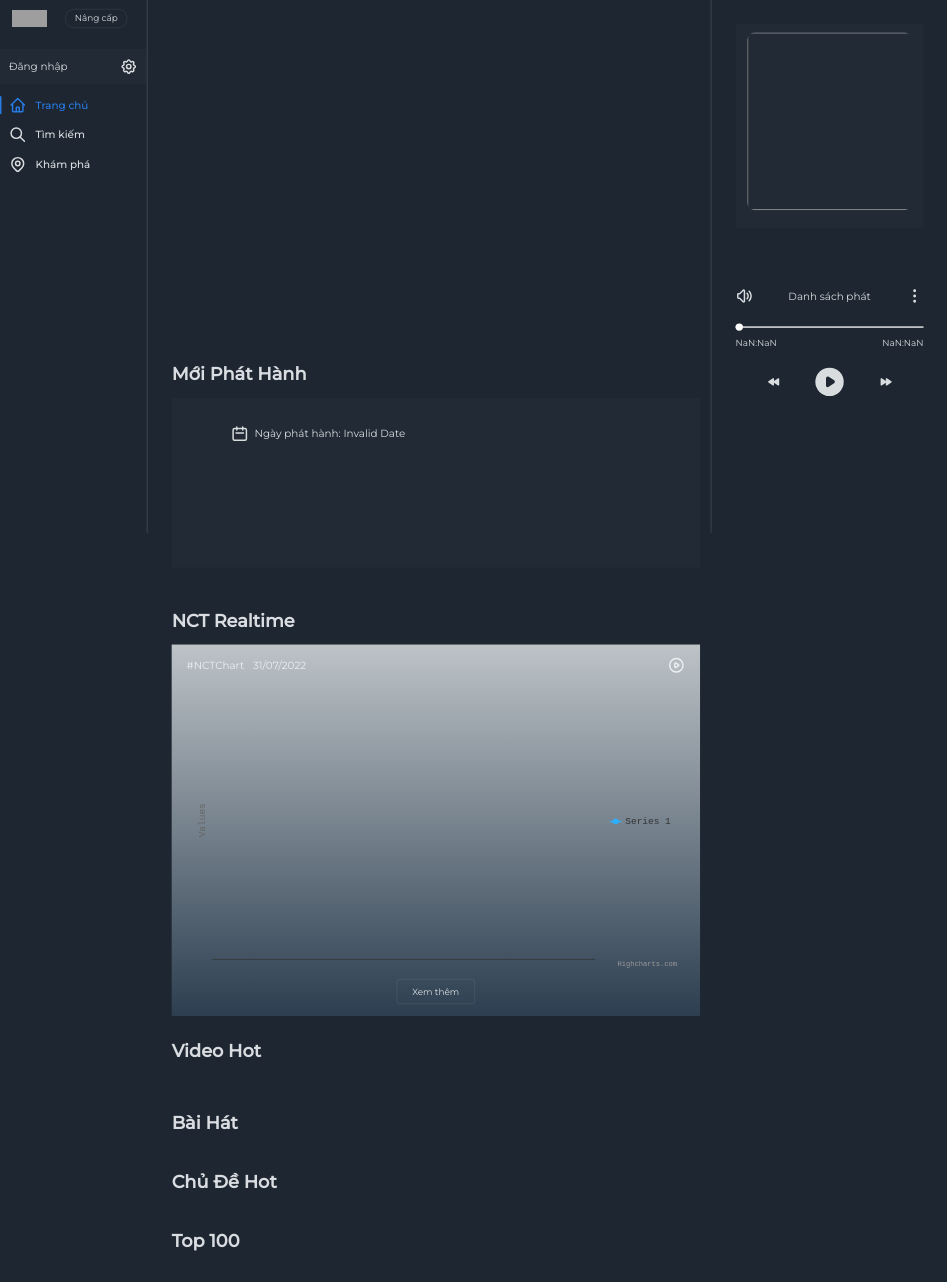
Repository: hoang0508/React-TypeScript-MP3
Page: /
These files come from the project's save history. The page is drawn as it stood at one moment and after the next save; the edit follows.
The browser window is 1280 px wide. The pictures show the whole page, at 74% of full size.
Pictures or frames that could not be fetched are drawn as grey boxes. The project was rebuilt for these pictures with package versions that can differ from the ones it lists, and the page was loaded fresh each time. Also part of the build but not shown: src/components/icon/IconDownLoad.tsx, src/components/icon/IconPauseMusic.tsx.

Above is the page before, as saved 2022-08-08 10:22:31.

### src/index.tsx
import React from "react";
import ReactDOM from "react-dom/client";
import "./index.scss";
import App from "./App";
import reportWebVitals from "./reportWebVitals";
import { BrowserRouter } from "react-router-dom";
import { Provider } from "react-redux";
import store from "./redux/configureStore";
import { MusicProvider } from "./contexts/ContextProviderMusic";

const root = ReactDOM.createRoot(
  document.getElementById("root") as HTMLElement
);
root.render(
  <Provider store={store}>
    <MusicProvider>
      <BrowserRouter>
        <App />
      </BrowserRouter>
    </MusicProvider>
  </Provider>
);

// If you want to start measuring performance in your app, pass a function
// to log results (for example: reportWebVitals(console.log))
// or send to an analytics endpoint. Learn more: https://bit.ly/CRA-vitals
reportWebVitals();

### src/App.tsx
import React, { lazy, Suspense, useEffect } from "react";
import { Route, Routes } from "react-router-dom";
import { MusicProvider } from "./contexts/ContextProviderMusic";
const HomePage = lazy(() => import("./pages/HomePage"));
const {
  getHome,
  getSong,
  getPlaylists,
  getChart,
  //... and many other services
} = require("nhaccuatui-api-full");
function App() {
  // useEffect(() => {
  //   (async () => {
  //     const data = await getSong("PM1IEjewjgSn");
  //     console.log("🚀 ~ file: App.tsx ~ line 15 ~ data", data);
  //   })();
  // }, []);
  return (
    <Suspense fallback={<></>}>
      <Routes>
        <Route path="/" element={<HomePage />}></Route>
      </Routes>
    </Suspense>
  );
}

export default App;

### src/redux/configureStore.tsx
import { configureStore, combineReducers } from "@reduxjs/toolkit";
import MusicSlice from "./MusicSlice";

const reducer = combineReducers({
  music: MusicSlice,
});

const store = configureStore({
  reducer: reducer,
  middleware: (getDefaultMiddleware) =>
    getDefaultMiddleware({
      serializableCheck: false,
    }).concat(),
});

export default store;

### src/components/common/Gap.tsx
import * as React from "react";

export interface GapProps {}

export default function Gap(props: GapProps) {
  return <div className="mb-8"></div>;
}

### src/components/common/Headingline.tsx
import * as React from "react";

interface HeadingLineProps {
  children: any;
}

export default function HeadingLine({ children }: HeadingLineProps) {
  return (
    <h3 className="text-text1 text-2xl font-bold mb-4 capitalize">
      {children}
    </h3>
  );
}

### src/layout/LayoutMusicPage.tsx
import * as React from "react";
import PlayMusic from "../modules/Menu/PlayMusic/Playmusic";
import { Sidebar } from "../modules/Menu/Sidebar/Sidebar";

interface ILayoutMusicPageprops {
  children: any;
}

export function LayoutMusicPage({ children }: ILayoutMusicPageprops) {
  return (
    <>
      <Sidebar></Sidebar>
      <div className="pl-[200px]">
        <div className="flex">
          <div className="w-[72%] py-6 px-8">{children}</div>
          <div className="w-[320px] fixed top-0 right-0 bottom-0 border-l-2 border-borderColor px-8 py-8">
            <PlayMusic></PlayMusic>
          </div>
        </div>
      </div>
    </>
  );
}

### src/modules/home/HomeMusicSong.tsx
import * as React from "react";
import { useSelector } from "react-redux";
import MusicSong from "../music/MusicSong";

interface HomeMusicSongProps {}

export default function HomeMusicSong(props: HomeMusicSongProps) {
  const data = useSelector((state: any) => state.music.dataMusic);
  const { song } = data;
  return (
    <div className="">
      <MusicSong dataSong={song}></MusicSong>
    </div>
  );
}

### src/modules/home/HomeMusicTop.tsx
import * as React from "react";
import { useSelector } from "react-redux";
import { v4 } from "uuid";
import { MusicItemType } from "../music";
import MusciItem from "../music/MusicItem";

export interface HomeMusicTopProps {}

export default function HomeMusicTop(props: HomeMusicTopProps) {
  const data = useSelector((state: any) => state.music.dataMusic);
  const dataTop = data?.top100;
  return (
    <div className="grid grid-cols-4 gap-x-[18px]">
      {dataTop &&
        dataTop.length > 0 &&
        dataTop
          .slice(0, 4)
          .map((item: MusicItemType) => (
            <MusciItem key={v4()} data={item}></MusciItem>
          ))}
    </div>
  );
}

### src/modules/home/HomeMusicTopic.tsx
import * as React from "react";
import { useSelector } from "react-redux";
import { v4 } from "uuid";
import { MusicItemType } from "../music";
import MusciItem from "../music/MusicItem";
import MusicTopic from "../music/MusicTopic";

export interface HomeMusicTopicProps {}

export default function HomeMusicTopic(props: HomeMusicTopicProps) {
  const data = useSelector((state: any) => state.music.dataMusic);
  const dataTopic = data?.topic;
  return (
    <MusicTopic>
      {dataTopic &&
        dataTopic.length > 0 &&
        dataTopic
          .slice(0, 4)
          .map((item: MusicItemType) => (
            <MusciItem key={v4()} playNot data={item}></MusciItem>
          ))}
    </MusicTopic>
  );
}

### src/modules/home/HomeMusicVideo.tsx
import * as React from "react";
import MusicVideo from "../music/MusicVideo";

export interface HomeMusicVideoProps {}

export default function HomeMusicVideo(props: HomeMusicVideoProps) {
  return (
    <div>
      <MusicVideo></MusicVideo>
    </div>
  );
}

### src/modules/music/parts/MusicTitle.tsx
import * as React from "react";

interface MusicTitleProps {
  children: any;
  className?: string;
}

export default function MusicTitle({ children, className }: MusicTitleProps) {
  return (
    <h3
      className={`font-medium text-sm
      text-text1 music-title ${className}`}
    >
      {children}
    </h3>
  );
}

### src/components/icon/IconClendar.tsx
import * as React from "react";

export interface IconClendarProps {}

export default function IconClendar(props: IconClendarProps) {
  return (
    <svg
      xmlns="http://www.w3.org/2000/svg"
      className="h-6 w-6"
      fill="none"
      viewBox="0 0 24 24"
      stroke="currentColor"
    >
      <path
        strokeLinecap="round"
        strokeLinejoin="round"
        strokeWidth={2}
        d="M8 7V3m8 4V3m-9 8h10M5 21h14a2 2 0 002-2V7a2 2 0 00-2-2H5a2 2 0 00-2 2v12a2 2 0 002 2z"
      />
    </svg>
  );
}

### src/modules/music/parts/MusicAuthor.tsx
import * as React from "react";

interface MusicAuthorProps {
  children?: any;
  className?: string;
}

export default function MusicAuthor({
  children,
  className = "text-xs",
}: MusicAuthorProps) {
  return (
    <span className={`inline-block music-name text-text2 ${className}`}>
      {children}
    </span>
  );
}

### src/modules/music/MusicTopic.tsx
import * as React from "react";

interface MusicTopicProps {
  children?: any;
}

export default function MusicTopic({ children }: MusicTopicProps) {
  return <div className="grid grid-cols-4 gap-x-[18px]">{children}</div>;
}

### src/components/icon/index.ts
import IconDiscover from "./IconDiscover";
import IconDots from "./IconDots";
import IconDownLoad from "./IconDownLoad";
import IconHome from "./IconHome";
import IconPlay from "./IconPlay";
import IconPlayingMusic from "./IconPlayingMusic";
import IconSearch from "./IconSearch";
import Iconsetting from "./IconSetting";
import IconVolume from "./IconVolume";

export {
  Iconsetting,
  IconDiscover,
  IconHome,
  IconSearch,
  IconDownLoad,
  IconDots,
  IconPlay,
  IconVolume,
  IconPlayingMusic,
};

### src/modules/Menu/PlayMusic/PlayMusic.scss
input[type="range"] {
  -webkit-appearance: none; /* Hides the slider so that custom slider can be made */
  width: 100%; /* Specific width is required for Firefox. */
  background: transparent; /* Otherwise white in Chrome */
}

input[type="range"]::-webkit-slider-runnable-track {
  width: 100%;
  height: 2px;
  background-color: #eeee;
}

.range::-webkit-slider-thumb {
  -webkit-appearance: none;
  width: 10px;
  height: 10px;
  margin-top: -4px;
  background-color: #fff;
  border: 1px;
  border-color: rgb(0, 102, 255);
  border-radius: 100rem;
}

### src/modules/Menu/PlayMusic/FetchMusicKey.tsx
const {
  getSong,
  //... and many other services
} = require("nhaccuatui-api-full");

export const FetchMusicKey = async (keyData: any, indexSong: number) => {
  if (!keyData) return null;
  const res = await getSong(keyData[indexSong]);
  return res;
};

### src/modules/Menu/Sidebar/Sidebar.scss
.link-border {
  position: relative;
  &::before {
    content: "";
    position: absolute;
    left: 0;
    top: 0;
    width: 2px;
    height: 100%;
    background-color: #287be5;
  }
}

.home {
  &-banner {
    background: #3e5151; /* fallback for old browsers */
    background: -webkit-linear-gradient(
      to right,
      #decba4,
      #3e5151
    ); /* Chrome 10-25, Safari 5.1-6 */
    background: linear-gradient(
      to right,
      #decba4,
      #3e5151
    ); /* W3C, IE 10+/ Edge, Firefox 16+, Chrome 26+, Opera 12+, Safari 7+ */
  }
}

### src/modules/music/parts/MusicImage.tsx
import * as React from "react";
import { MusicItemType } from "..";

interface MusicImageProps {
  classNames: string;
  data: MusicItemType;
}

export default function MusicImage({ classNames, data }: MusicImageProps) {
  return (
    <div className={`music-image ${classNames}`}>
      <img
        src={data?.thumbnail || data?.thumbURL}
        alt=""
        className="w-full h-full  object-cover overflow-hidden"
      />
    </div>
  );
}

### src/components/icon/IconDiscover.tsx
import * as React from "react";

export interface IconDiscoverProps {}

export default function IconDiscover(props: IconDiscoverProps) {
  return (
    <svg
      xmlns="http://www.w3.org/2000/svg"
      className="h-6 w-6"
      fill="none"
      viewBox="0 0 24 24"
      stroke="currentColor"
    >
      <path
        strokeLinecap="round"
        strokeLinejoin="round"
        strokeWidth={2}
        d="M17.657 16.657L13.414 20.9a1.998 1.998 0 01-2.827 0l-4.244-4.243a8 8 0 1111.314 0z"
      />
      <path
        strokeLinecap="round"
        strokeLinejoin="round"
        strokeWidth={2}
        d="M15 11a3 3 0 11-6 0 3 3 0 016 0z"
      />
    </svg>
  );
}

### src/components/icon/IconDots.tsx
import * as React from "react";

export interface IconDotsProps {}

export default function IconDots(props: IconDotsProps) {
  return (
    <svg
      xmlns="http://www.w3.org/2000/svg"
      className="h-6 w-6"
      fill="none"
      viewBox="0 0 24 24"
      stroke="currentColor"
    >
      <path
        strokeLinecap="round"
        strokeLinejoin="round"
        strokeWidth={2}
        d="M12 5v.01M12 12v.01M12 19v.01M12 6a1 1 0 110-2 1 1 0 010 2zm0 7a1 1 0 110-2 1 1 0 010 2zm0 7a1 1 0 110-2 1 1 0 010 2z"
      />
    </svg>
  );
}

### src/components/icon/IconHome.tsx
import * as React from "react";
// import styled from "styled-components";

// const IconStyleColorHome = styled.span`
//   background: linear-gradient(to top right, #287be5, #29d7ff);
// `;

export interface IconHomeProps {}

export default function IconHome(props: IconHomeProps) {
  return (
    <span>
      <svg
        xmlns="http://www.w3.org/2000/svg"
        className="h-6 w-6"
        fill="none"
        viewBox="0 0 24 24"
        stroke="#287be5"
      >
        <path
          strokeLinecap="round"
          strokeLinejoin="round"
          strokeWidth={2}
          d="M3 12l2-2m0 0l7-7 7 7M5 10v10a1 1 0 001 1h3m10-11l2 2m-2-2v10a1 1 0 01-1 1h-3m-6 0a1 1 0 001-1v-4a1 1 0 011-1h2a1 1 0 011 1v4a1 1 0 001 1m-6 0h6"
        />
      </svg>
    </span>
  );
}

### src/components/icon/IconPlay.tsx
import * as React from "react";

export interface IconPlayProps {
  className?: string;
}

export default function IconPlay({ className }: IconPlayProps) {
  return (
    <svg
      xmlns="http://www.w3.org/2000/svg"
      className={className}
      fill="none"
      viewBox="0 0 24 24"
      stroke="currentColor"
    >
      <path
        strokeLinecap="round"
        strokeLinejoin="round"
        strokeWidth={2}
        d="M14.752 11.168l-3.197-2.132A1 1 0 0010 9.87v4.263a1 1 0 001.555.832l3.197-2.132a1 1 0 000-1.664z"
      />
      <path
        strokeLinecap="round"
        strokeLinejoin="round"
        strokeWidth={2}
        d="M21 12a9 9 0 11-18 0 9 9 0 0118 0z"
      />
    </svg>
  );
}

### src/components/icon/IconPlayingMusic.tsx
import * as React from "react";

interface IconPlayingMusicProps {
  onClick: () => {};
  className?: string;
}

export default function IconPlayingMusic({
  onClick,
  className = "h-5 w-5",
}: IconPlayingMusicProps) {
  return (
    <span onClick={onClick} className="cursor-pointer">
      <svg
        xmlns="http://www.w3.org/2000/svg"
        className={className}
        viewBox="0 0 20 20"
        fill="currentColor"
      >
        <path
          fillRule="evenodd"
          d="M10 18a8 8 0 100-16 8 8 0 000 16zM9.555 7.168A1 1 0 008 8v4a1 1 0 001.555.832l3-2a1 1 0 000-1.664l-3-2z"
          clipRule="evenodd"
        />
      </svg>
    </span>
  );
}

### src/components/icon/IconSearch.tsx
import * as React from "react";

export interface IconSearchProps {}

export default function IconSearch(props: IconSearchProps) {
  return (
    <svg
      xmlns="http://www.w3.org/2000/svg"
      className="h-6 w-6"
      fill="none"
      viewBox="0 0 24 24"
      stroke="currentColor"
    >
      <path
        strokeLinecap="round"
        strokeLinejoin="round"
        strokeWidth={2}
        d="M21 21l-6-6m2-5a7 7 0 11-14 0 7 7 0 0114 0z"
      />
    </svg>
  );
}

### src/components/icon/IconVolume.tsx
import * as React from "react";

export interface IconVolumeProps {}

export default function IconVolume(props: IconVolumeProps) {
  return (
    <svg
      xmlns="http://www.w3.org/2000/svg"
      className="h-6 w-6"
      fill="none"
      viewBox="0 0 24 24"
      stroke="currentColor"
    >
      <path
        strokeLinecap="round"
        strokeLinejoin="round"
        strokeWidth={2}
        d="M15.536 8.464a5 5 0 010 7.072m2.828-9.9a9 9 0 010 12.728M5.586 15H4a1 1 0 01-1-1v-4a1 1 0 011-1h1.586l4.707-4.707C10.923 3.663 12 4.109 12 5v14c0 .891-1.077 1.337-1.707.707L5.586 15z"
      />
    </svg>
  );
}

### src/components/button/Button.tsx
import * as React from "react";

interface Buttonprops {
  children: any;
  className?: string;
}

export default function Button({
  children,
  className = "text-xs  py-1 px-3 rounded-xl",
}: Buttonprops) {
  return (
    <button
      className={`border-borderColor inline-block border cursor-pointer ${className}`}
    >
      {children}
    </button>
  );
}

### src/components/icon/IconNextMusic.tsx
import * as React from "react";

interface IconNextMusicProps {
  onClick: () => {};
  className?: string;
}

export default function IconNextMusic({
  onClick,
  className = "w-5 h-5",
}: IconNextMusicProps) {
  return (
    <span onClick={onClick} className="cursor-pointer">
      <svg
        xmlns="http://www.w3.org/2000/svg"
        className={className}
        viewBox="0 0 20 20"
        fill="currentColor"
      >
        <path d="M4.555 5.168A1 1 0 003 6v8a1 1 0 001.555.832L10 11.202V14a1 1 0 001.555.832l6-4a1 1 0 000-1.664l-6-4A1 1 0 0010 6v2.798l-5.445-3.63z" />
      </svg>
    </span>
  );
}

### src/components/icon/IconPrevMusic.tsx
import * as React from "react";

interface IconPrevMusicProps {
  onClick: () => {};
  className?: string;
}

export default function IconPrevMusic({
  onClick,
  className = "h-5 w-5",
}: IconPrevMusicProps) {
  return (
    <span onClick={onClick} className="cursor-pointer">
      <svg
        xmlns="http://www.w3.org/2000/svg"
        className={className}
        viewBox="0 0 20 20"
        fill="currentColor"
      >
        <path d="M8.445 14.832A1 1 0 0010 14v-2.798l5.445 3.63A1 1 0 0017 14V6a1 1 0 00-1.555-.832L10 8.798V6a1 1 0 00-1.555-.832l-6 4a1 1 0 000 1.664l6 4z" />
      </svg>
    </span>
  );
}

### src/hooks/usePlayMusicTimer.tsx
import * as React from "react";
import { fomatTimer } from "../configs/FomatTimerPlay";
import { useMusicPlay } from "../contexts/ContextProviderMusic";

export default function usePlayMusicTimer(data: any) {
  const { refMp3 } = useMusicPlay();

  const [durationTime, setDurationTime] = React.useState<any>();
  const [remainingTime, setRemainingTime] = React.useState<any>();
  const range = React.useRef<any>(null);

  React.useEffect(() => {
    const disPlayTimer = () => {
      console.log("abc");
      if (remainingTime === undefined && durationTime === undefined) {
        setRemainingTime("0:00");
        setDurationTime(data?.song?.duration);
      } else {
        setDurationTime(fomatTimer(refMp3.current?.duration));
        setRemainingTime(fomatTimer(refMp3.current?.currentTime));
      }
    };
    const timer = setInterval(disPlayTimer, 500);
    return () => {
      clearInterval(timer);
    };
    // eslint-disable-next-line react-hooks/exhaustive-deps
  }, [data?.song?.duration, durationTime, refMp3, remainingTime]);

  // Range Input timer
  const [rangeInput, setRangeInput] = React.useState<any>();
  const handleChangePlay = () => {
    if (rangeInput === undefined) {
      setRangeInput(0);
    }
    setRangeInput(refMp3.current?.currentTime);
  };
  return {
    durationTime,
    remainingTime,
    range,
    rangeInput,
    setRangeInput,
    handleChangePlay,
  };
}

### src/configs/FomatTimerPlay.tsx
export const fomatTimer = (number: number) => {
  const minute = Math.floor(number / 60);
  const second = Math.floor(number - minute * 60);
  return `${minute < 10 ? `0${minute}` : minute}:${
    second < 10 ? `0${second}` : second
  }`;
};

Loaded but not shown: public/index.html (common file); src/reportWebVitals.ts (common file); src/components/button/index.ts (common file); tailwind.config.js (19 lines, source omitted); src/modules/Menu/PlayMusic/Playmusic.jsx (152 lines, source omitted); src/modules/music/MusicNCT.tsx (126 lines, source omitted); src/modules/home/HomeMusicNew.tsx (84 lines, source omitted); src/redux/MusicSlice.tsx (76 lines, source omitted); src/modules/music/MusicItem.tsx (62 lines, source omitted); src/pages/HomePage.tsx (52 lines, source omitted); src/modules/music/MusicList.scss (82 lines, source omitted); src/modules/Menu/PlayMusic/PlayMusicAudio.tsx (61 lines, source omitted); src/modules/music/MusicListFeed.tsx (51 lines, source omitted); src/modules/Menu/Sidebar/Sidebar.tsx (67 lines, source omitted); src/modules/music/MusicVideo.tsx (57 lines, source omitted); src/modules/music/MusicSong.tsx (58 lines, source omitted); src/modules/Menu/PlayMusic/PlayMusicAction.tsx (43 lines, source omitted); src/modules/home/HomeBanner.tsx (50 lines, source omitted); src/contexts/ContextProviderMusic.tsx (47 lines, source omitted); src/components/icon/IconSetting.tsx (28 lines, source omitted); src/index.scss (57 lines, source omitted)

After the next save:
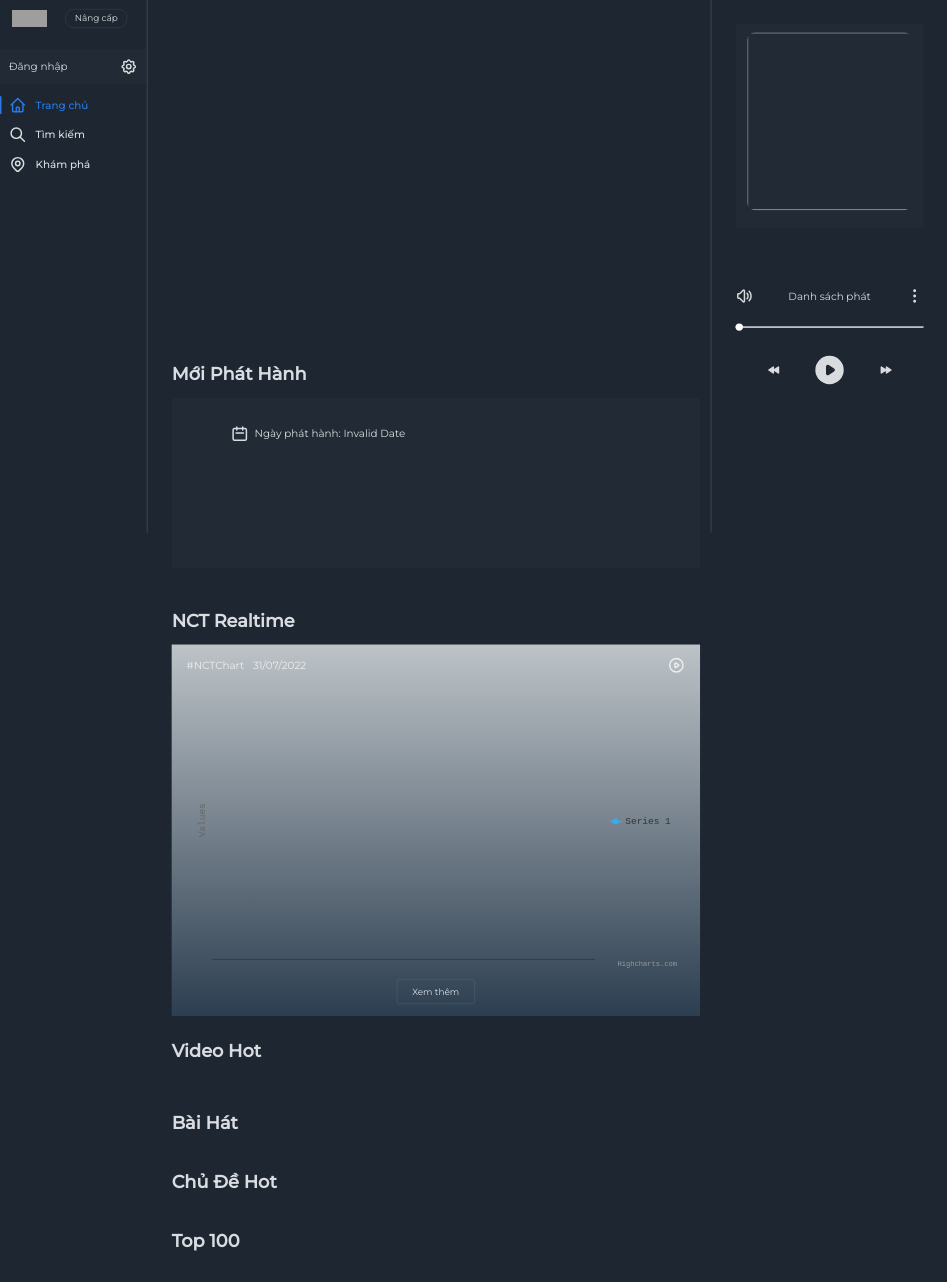
Saved 36 s later.
--- a/src/hooks/usePlayMusicTimer.tsx
+++ b/src/hooks/usePlayMusicTimer.tsx
@@ -20,7 +20,7 @@
         setRemainingTime(fomatTimer(refMp3.current?.currentTime));
       }
     };
-    const timer = setInterval(disPlayTimer, 500);
+    // const timer = setInterval(disPlayTimer, 500);
     return () => {
       clearInterval(timer);
     };

After the 2 saves that followed:
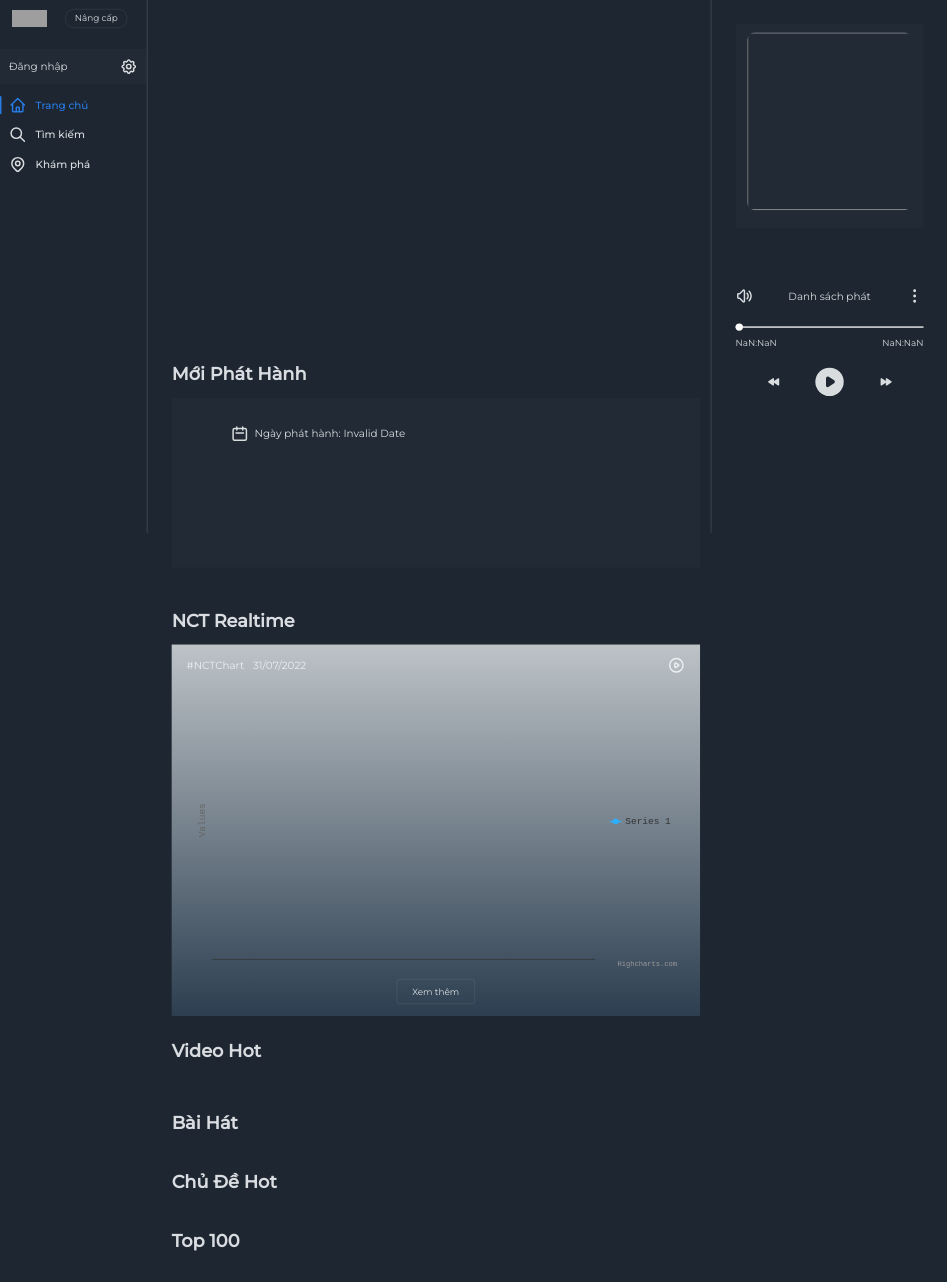
The 2 saves are shown as one change because 1 left the picture as it was.
The last was saved 67 s later.
--- a/src/hooks/usePlayMusicTimer.tsx
+++ b/src/hooks/usePlayMusicTimer.tsx
@@ -20,7 +20,9 @@
         setRemainingTime(fomatTimer(refMp3.current?.currentTime));
       }
     };
+    disPlayTimer();
     // const timer = setInterval(disPlayTimer, 500);
+    let timer = 0;
     return () => {
       clearInterval(timer);
     };
